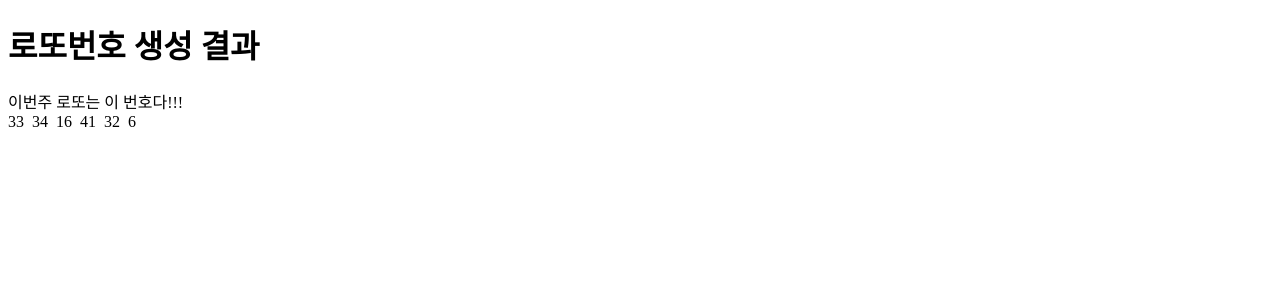
Repository: Yingjae/jsp_practice
Page: http://localhost/JSPBasic/JspTag/TagQ03.jsp
An editor plug-in stored every save of this project. The page is shown before and after the next save, followed by the edit.
The browser window is 1280 px wide. The pictures show the whole page.
The page is served by Tomcat 9.

Above is the page before, as saved 2022-02-03 01:25:16.

### JSPBasic/src/main/webapp/JspTag/TagQ03.jsp
<%@page import="java.util.*"%>
<%@ page language="java" contentType="text/html; charset=UTF-8"
    pageEncoding="UTF-8"%>
<!DOCTYPE html>
<html>
<head>
<meta charset="UTF-8">
<title>Insert title here</title>
</head>
<body>
	<h1>로또번호 생성 결과</h1>
		<%
		List<Integer> lotto = new ArrayList<>();

		int getNum = 0;

		while(lotto.size() != 6) {
			getNum = (int)(Math.random() * 45) + 1;
			if(!lotto.contains(getNum)) {
				lotto.add(getNum);
			}
		}
		%>
	<p>
		이번주 로또는 이 번호다!!!<br>

		<%
			for(Integer num : lotto){
				out.println(num + "&nbsp;");
				Thread.sleep(700); // CPU를 잠시 멈추는 메서드
				out.flush(); // 브라우저의 출력 버퍼를 비우는 메서드
			}
		%>

</body>
</html>

After the next save:
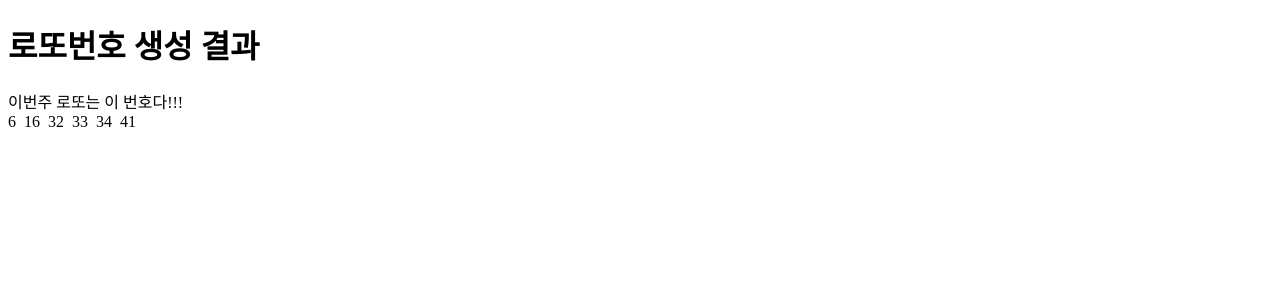
Saved 2 min 30 s later.
--- a/JSPBasic/src/main/webapp/JspTag/TagQ03.jsp
+++ b/JSPBasic/src/main/webapp/JspTag/TagQ03.jsp
@@ -20,6 +20,8 @@
 				lotto.add(getNum);
 			}
 		}
+		// 리스트 오름차순 정렬
+		Collections.sort(lotto);
 		%>
 	<p>
 		이번주 로또는 이 번호다!!!<br>
